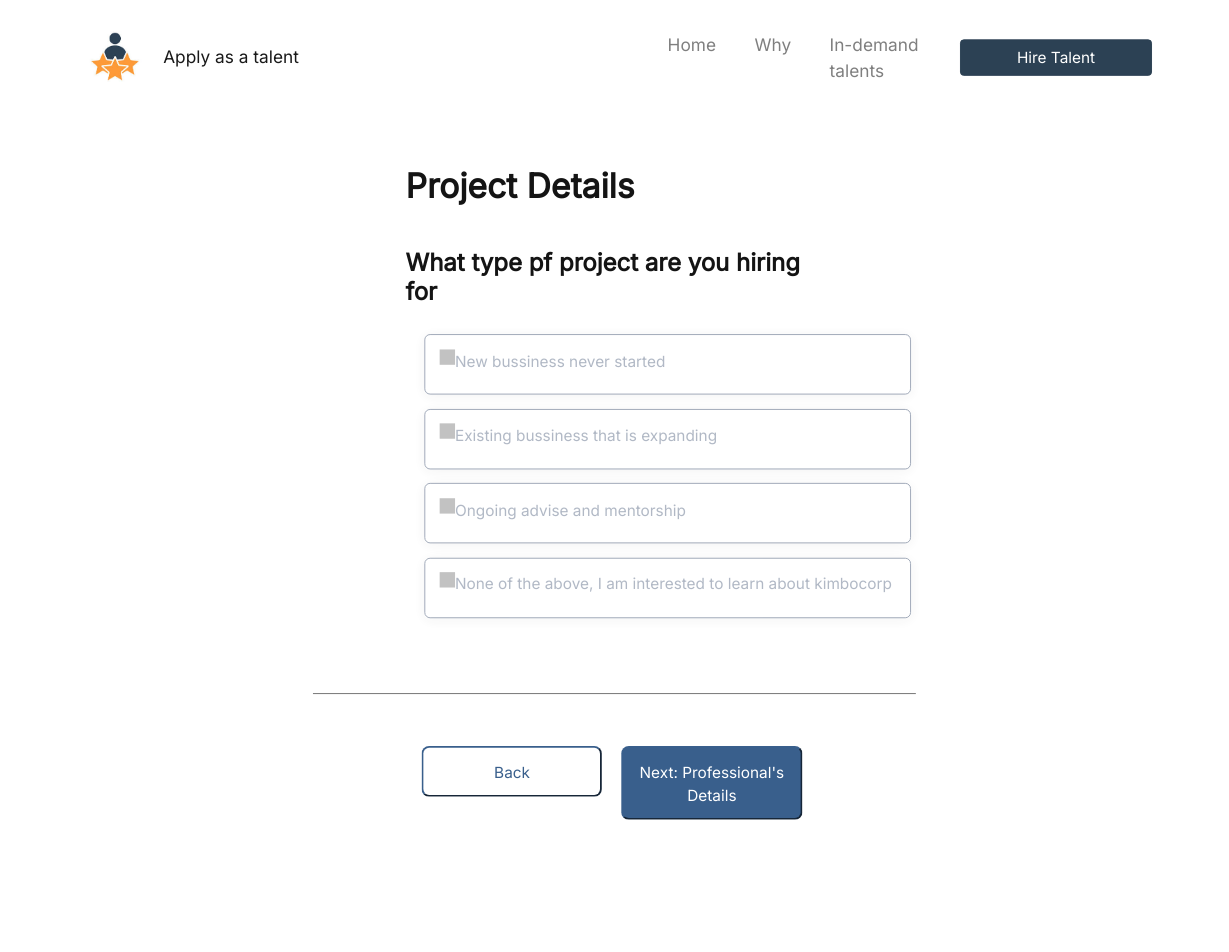
Repository: Ashwe9/talent-hire-reactJs
Page: /projectdetails
An editor plug-in stored every save of this project. The page is shown before and after the next save, followed by the edit.
The browser window is 1280 px wide. The pictures show the whole page, at 96% of full size.
The project was rebuilt for these pictures with package versions that can differ from the ones it lists, and the page was loaded fresh each time. Also part of the build but not shown: src/homePage/components/TrustedBy/TrustedBy.css, src/homePage/components/TrustedBy/TrustedBy.js, src/homePage/components/Roles/Roles.js, src/homePage/components/homePageFooter/HomePageFooter.css, src/homePage/components/homePageFooter/HomePageFooter.js, src/homePage/HomePage.js, src/kpisPage/Header.js, src/kpisPage/DropDown.css and 4 more.

Above is the page before, as saved 2022-08-20 13:24:56.

After the next save:
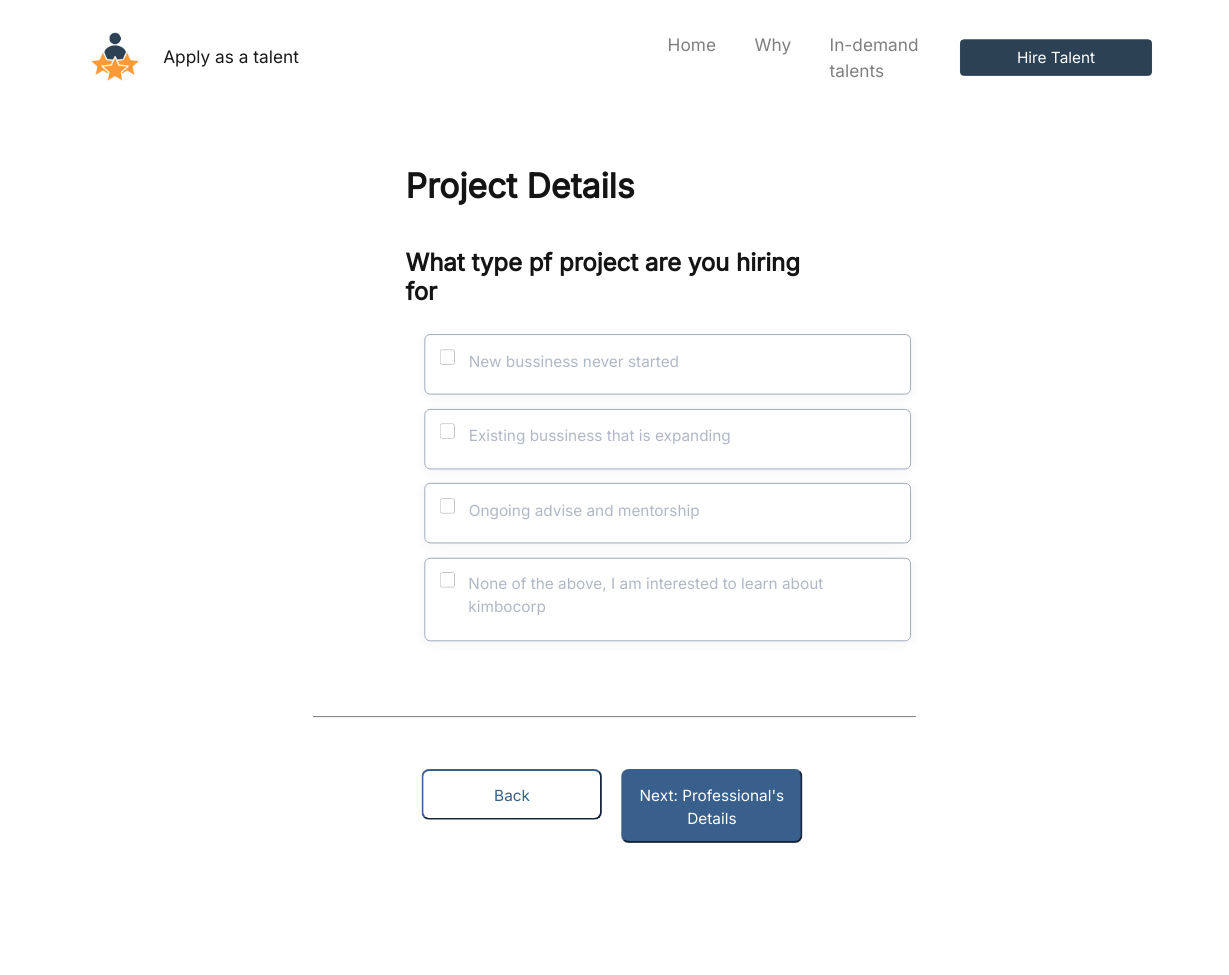
Saved 24 s later.
--- a/src/projectDetails/Details.css
+++ b/src/projectDetails/Details.css
@@ -28,11 +28,7 @@
 }
 
 input[type="checkbox"] {
-    -webkit-appearance: none;
-    -moz-appearance: none;
-    appearance: none;
-
-    /* Styling checkbox */
+    margin-right: 3%;
     width: 16px;
     height: 16px;
     background-color: grey;
